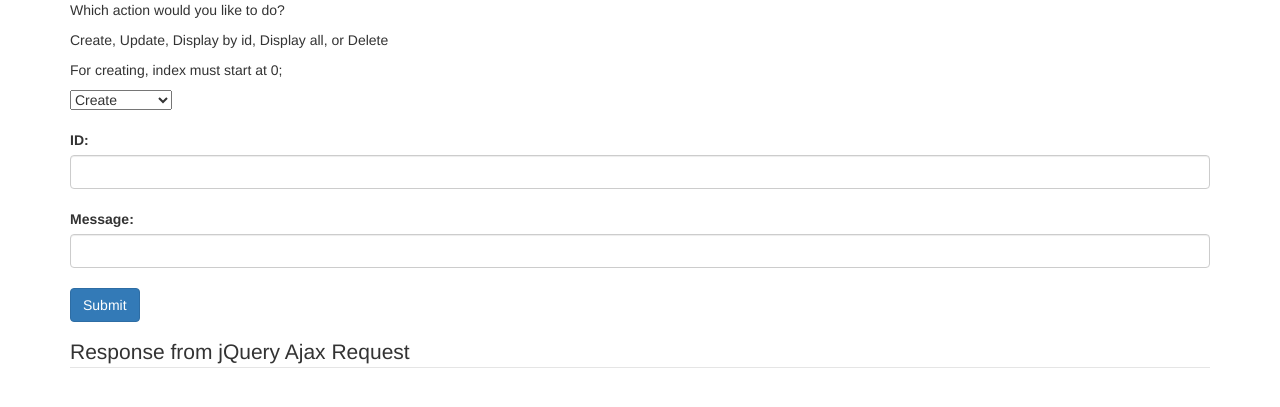
Repository: kddean/Lab3
Page: ToDoSystem-SinglePage/WebContent/ToDo.html
An editor plug-in stored every save of this project. The page is shown before and after the next save, followed by the edit.
The browser window is 1280 px wide. The pictures show the whole page.

Above is the page before, as saved 2016-03-26 00:05:40.
Console error: SyntaxError: Unexpected token 'var'

### ToDoSystem-SinglePage/WebContent/ToDo.html
<!DOCTYPE html>
<html>
<head>
<!-- <meta charset="ISO-8859-1"> -->
<meta charset="utf-8">
<meta name="viewport" content="width=device-width, initial-scale=1">
<link rel="stylesheet" href="http://maxcdn.bootstrapcdn.com/bootstrap/3.3.6/css/bootstrap.min.css">
<script src="https://ajax.googleapis.com/ajax/libs/jquery/1.12.0/jquery.min.js"></script>
<script src="http://maxcdn.bootstrapcdn.com/bootstrap/3.3.6/js/bootstrap.min.js"></script>
<title>ToDoSystem</title>
</head>
<body>
<div class="container">
<form name = "ToDoForm" method ="post" action ="ToDoServlet">
	<div class="form-group">
	<p>Which action would you like to do?</p>
	<p>Create, Update, Display by id, Display all, or Delete</p>
	<p> For creating, index must start at 0; </p>
	<select name="actions">
		<option value="create">Create</option>
  		<option value="update">Update</option>
  		<option value="displayid">Display by id</option>
  		<option value="displayall">Display all</option>
 		<option value="delete">Delete</option>
	</select>
	<br><br>
	<label>ID:</label><input type="text" class="form-control" name="id">
	<br>
	<label>Message:</label><input type="text" class="form-control" name="message">
	<br>
	<button type="button" value="Submit" onclick='loadDoc("ToDo")' class="btn btn-primary">Submit</button>
<!-- 	<input type="button" value="submit" onclick='loadDoc()'> -->
	</div>
	<div id="sec">
        <fieldset>
            <legend>Response from jQuery Ajax Request</legend>
                 <div id="ajaxResponse"></div>
        </fieldset>
    </div>

</form>
</div>
<script>
function loadDoc()
var request;

/* attach a submit handler to the form */
$("#submit").submit(function(event) {

    // abort any pending request
    if (request) {
        request.abort();
    }

  /* stop form from submitting normally */
  event.preventDefault();

  /*clear result div*/
   $("#result").html('');

  /* get some values from elements on the page: */
   var values = $(this).serialize();

  /* Send the data using post and put the results in a div */
  request =$.ajax({
      url: "ajaxRequest",
      type: "post",
      data: values,
      success: function(){
           $("#result").html('submitted successfully');
      },
      error:function(){
          $("#result").html('there is error while submit');
      }
  });
});
</script>

<!-- <script type="text/javascript">
function loadDoc(reqURL)
	var xhttp = new XMLHttpRequest();
	xhttp.open("POST", reqURL, true)
	xhttp.onreadystatechange = function(){
		if (xhttp.readyState == 4 && xhttp.status == 200) {
		      document.getElementById("m").innerHTML = xhttp.responseText;
		    }
	};
	  //xhttp.open("POST", "ToDo.html", true);
	  xhttp.setRequestHeader("Content-type", "application/x-www-form-urlencoded");
	  xhttp.send();
</script> -->
</body>
</html>

After the next save:
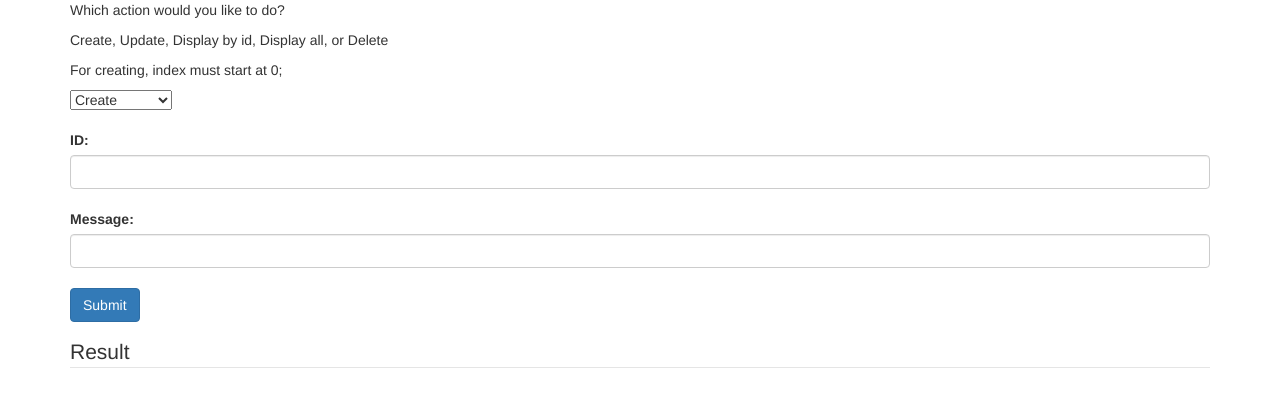
Saved 12 min 45 s later.
--- a/ToDoSystem-SinglePage/WebContent/ToDo.html
+++ b/ToDoSystem-SinglePage/WebContent/ToDo.html
@@ -33,14 +33,14 @@
 	</div>
 	<div id="sec">
         <fieldset>
-            <legend>Response from jQuery Ajax Request</legend>
+            <legend>Result</legend>
                  <div id="ajaxResponse"></div>
         </fieldset>
     </div>
 
 </form>
 </div>
-<script>
+<!-- <script>
 function loadDoc()
 var request;
 
@@ -74,9 +74,9 @@ $("#submit").submit(function(event) {
       }
   });
 });
-</script>
+</script> -->
 
-<!-- <script type="text/javascript">
+<script type="text/javascript">
 function loadDoc(reqURL)
 	var xhttp = new XMLHttpRequest();
 	xhttp.open("POST", reqURL, true)
@@ -88,6 +88,6 @@ function loadDoc(reqURL)
 	  //xhttp.open("POST", "ToDo.html", true);
 	  xhttp.setRequestHeader("Content-type", "application/x-www-form-urlencoded");
 	  xhttp.send();
-</script> -->
+</script>
 </body>
 </html>
